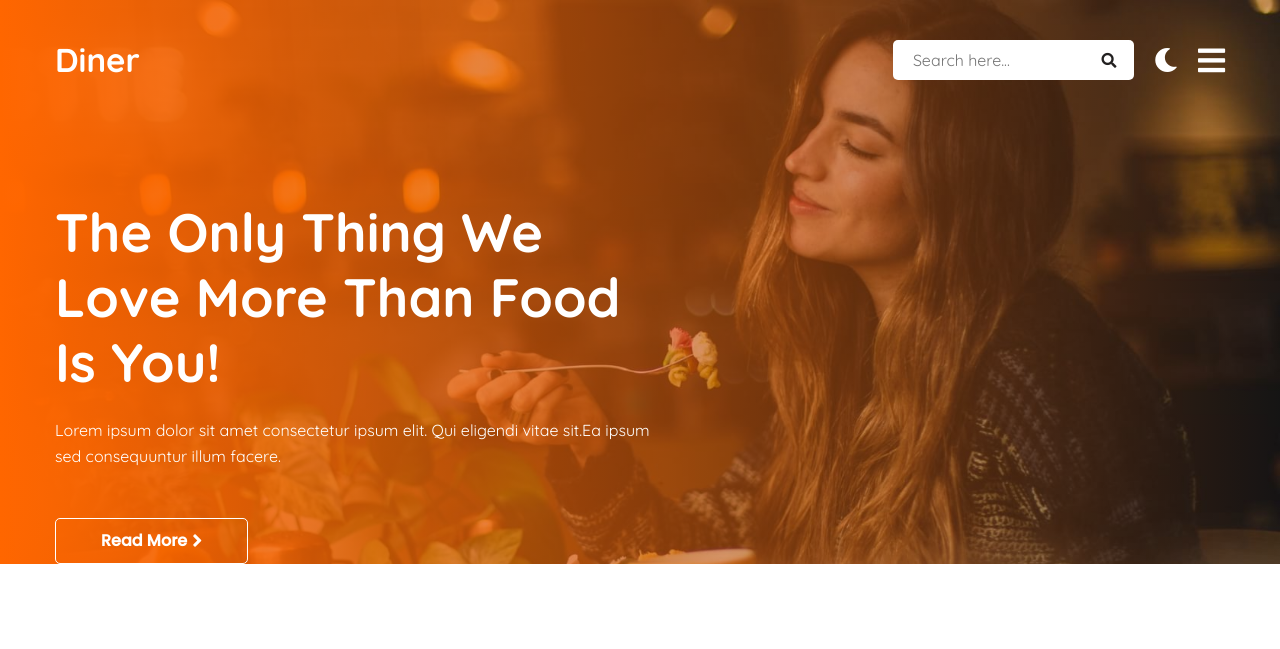
Repository: baobaodeveloper/bootscap21_project_AnhBao_VietToan_VietDuc
Page: index.html
An editor plug-in stored every save of this project. The page is shown before and after the next save, followed by the edit.
The browser window is 1280 px wide. The pictures show the whole page.

Above is the page before, as saved 2022-03-03 08:59:31.

### index.html
<!DOCTYPE html>
<html lang="en">
  <head>
    <meta charset="UTF-8" />
    <meta http-equiv="X-UA-Compatible" content="IE=edge" />
    <meta name="viewport" content="width=device-width, initial-scale=1.0" />

    <!-- fontawesome link cdn -->
    <link
      rel="stylesheet"
      href="https://cdnjs.cloudflare.com/ajax/libs/font-awesome/5.15.4/css/all.min.css"
      integrity="sha512-1ycn6IcaQQ40/MKBW2W4Rhis/DbILU74C1vSrLJxCq57o941Ym01SwNsOMqvEBFlcgUa6xLiPY/NS5R+E6ztJQ=="
      crossorigin="anonymous"
      referrerpolicy="no-referrer"
    />

    <!-- font -->
    <link rel="preconnect" href="https://fonts.googleapis.com" />
    <link rel="preconnect" href="https://fonts.gstatic.com" crossorigin />
    <link
      href="https://fonts.googleapis.com/css2?family=Pacifico&family=Poppins:wght@300;400;500&family=Quicksand:wght@300;400;500;600;700&display=swap"
      rel="stylesheet"
    />

    <link rel="stylesheet" href="style.css" />
    <title>Diner</title>
  </head>
  <body>
    <header class="header">
      <div class="header__wrapper container">
        <div class="header__top">
          <a class="header__logo" href="#">Diner</a>

          <div class="header__navbar">
            <form class="navbar__search">
              <input type="search" placeholder="Search here..." id="search" />
              <label for="search" class="fas fa-search"></label>
            </form>

            <div class="mode__container">
              <i class="fas fa-sun" id="dark"></i>
              <i class="fas fa-moon" id="light"></i>
            </div>

            <div class="fa fa-bars" id="menu-button"></div>
          </div>

          <nav class="navbar__list">
            <i class="fas fa-times" id="close-button"></i>
            <a href="#">home</a>
            <a href="#">about</a>
            <a href="#">services</a>
            <a href="#">blogs</a>
            <a href="#">404</a>
            <a href="#">landing page</a>
            <a href="#">contact</a>
            <a href="#">shot codes</a>
            <a href="#">email</a>
          </nav>
        </div>

        <div class="header__content">
          <h2>the only thing we love more than food is you!</h2>
          <p>
            Lorem ipsum dolor sit amet consectetur ipsum elit. Qui eligendi
            vitae sit.Ea ipsum sed consequuntur illum facere.
          </p>
          <a href="#" class="btn"
            >read more <i class="fas fa-angle-right"></i
          ></a>
        </div>
      </div>
    </header>

    <script src="app.js"></script>
  </body>
</html>

### style.css
* {
  padding: 0;
  margin: 0;
  box-sizing: border-box;
}

:root {
  --primary-font: "Quicksand", sans-serif;
  --secondary-font: "Pacifico", cursive;
  --third-font: "Poppins", sans-serif;
  --primary-color: #ff6600;
  --title-color: #232121;
  --white-color: #fff;
  --text-color: #161c2db3;
  --price-color: #ffc600;
}

img {
  display: block;
  max-width: 100%;
}

button,
input {
  display: inline-block;
  border: none;

  font-family: var(--primary-font);
  font-size: 1.6rem;

  outline: none;
}

a {
  display: inline-block;
  text-decoration: none;
}

html {
  font-size: 62.5%;
}

.container {
  max-width: 1200px;
  margin: 0 auto;
  padding: 0 1.5rem;
}

body {
  color: var(--title-color);

  font-family: var(--primary-font);
  font-size: 1.8rem;
  line-height: 1.2;
}

.btn {
  display: inline-flex;
  align-items: center;
  padding: 1.2rem 4.5rem;
  border-radius: 0.5rem;
  border: 1.5px solid var(--white-color);

  color: var(--white-color);
  background-color: transparent;

  font-family: var(--third-font);
  font-size: 1.6rem;
  text-transform: capitalize;
  font-weight: bold;

  transition: 0.4s linear;
}

.btn i {
  display: inline-block;
  margin-left: 0.5rem;

  font-size: 2rem;
}

.btn:hover {
  background-color: var(--white-color);
  color: var(--primary-color);
}

/* header section starts */
#dark {
  display: none;
}

.header {
  background-image: linear-gradient(to right, #ff6600, hsl(30deg 100% 1% / 20%)),
    url(./image/banner1.jpg);

  background-size: cover;
  background-repeat: no-repeat;
  background-attachment: fixed;

  min-height: 70vh;
}

.header__top {
  display: flex;
  justify-content: space-between;
  padding-top: 4rem;
  padding-bottom: 2rem;
}

.header__logo {
  color: var(--white-color);

  font-size: 3.3rem;
  font-weight: bold;
}

.navbar__search {
  position: relative;
}

.navbar__search input {
  padding: 1rem 5rem 1rem 2rem;

  border-radius: 0.5rem;

  color: var(--text-color);
}

.navbar__search label {
  position: absolute;
  top: 50%;
  right: 2.5rem;

  transform: translate(50%, -50%);

  font-size: 1.5rem;

  cursor: pointer;
}

.header__navbar {
  display: flex;
  justify-content: space-between;
  align-items: center;
  gap: 2rem;
}

.mode__container,
#menu-button {
  color: var(--white-color);

  cursor: pointer;
}

.mode__container {
  font-size: 2.4rem;
}

#menu-button {
  font-size: 3.1rem;
}

.header__content {
  max-width: 60rem;
  margin-top: 10rem;

  color: var(--white-color);
}

.header__content h2 {
  font-size: 5.4rem;

  text-transform: capitalize;
}

.header__content p {
  margin: 2.4rem 0 4.8rem;

  font-size: 1.6rem;
  line-height: 1.6;
}

.navbar__list {
  position: fixed;
  top: 0;
  left: 0;
  width: 100vw;
  height: 100vh;
  z-index: 20;

  display: flex;
  flex-direction: column;
  align-items: center;
  justify-content: center;

  visibility: hidden;
  opacity: 0;
  transform: scale(0.9);

  background-color: rgb(6 3 0 / 77%);

  transition: transform 0.3s, opacity 0.9s, visibility 0s 0.4s;
}

.navbar__list.active {
  visibility: visible;
  opacity: 1;
  transform: scale(1);

  transition: transform 0.4s, opacity 0.4s;
}

.navbar__list a {
  margin: 1.5rem 0;

  color: var(--white-color);

  text-transform: capitalize;
  font-family: var(--third-font);
  font-size: 2rem;
  font-weight: 600;

  transition: 0.2s linear;
}

.navbar__list a:hover {
  color: var(--primary-color);
}

#close-button {
  position: absolute;
  top: 3rem;
  right: 3rem;
  z-index: 25;

  width: 3.5rem;
  height: 3.5rem;
  border-radius: 0.5rem;

  color: var(--white-color);
  background-color: var(--primary-color);

  line-height: 3.5rem;
  text-align: center;
  font-size: 1.6rem;

  cursor: pointer;
}

/* header section ends */

/* media query */

@media screen and (max-width: 767px) {
  html {
    font-size: 55%;
  }

  .header {
    background-position: center;

    min-height: 50vh;
  }
}

### app.js
const menuBtn = document.getElementById("menu-button");
const navList = document.querySelector(".navbar__list");
const closBtn = document.getElementById("close-button");
menuBtn.addEventListener("click", () => {
  navList.classList.add("active");
});

closBtn.addEventListener("click", () => {
  navList.classList.remove("active");
});

After the next save:
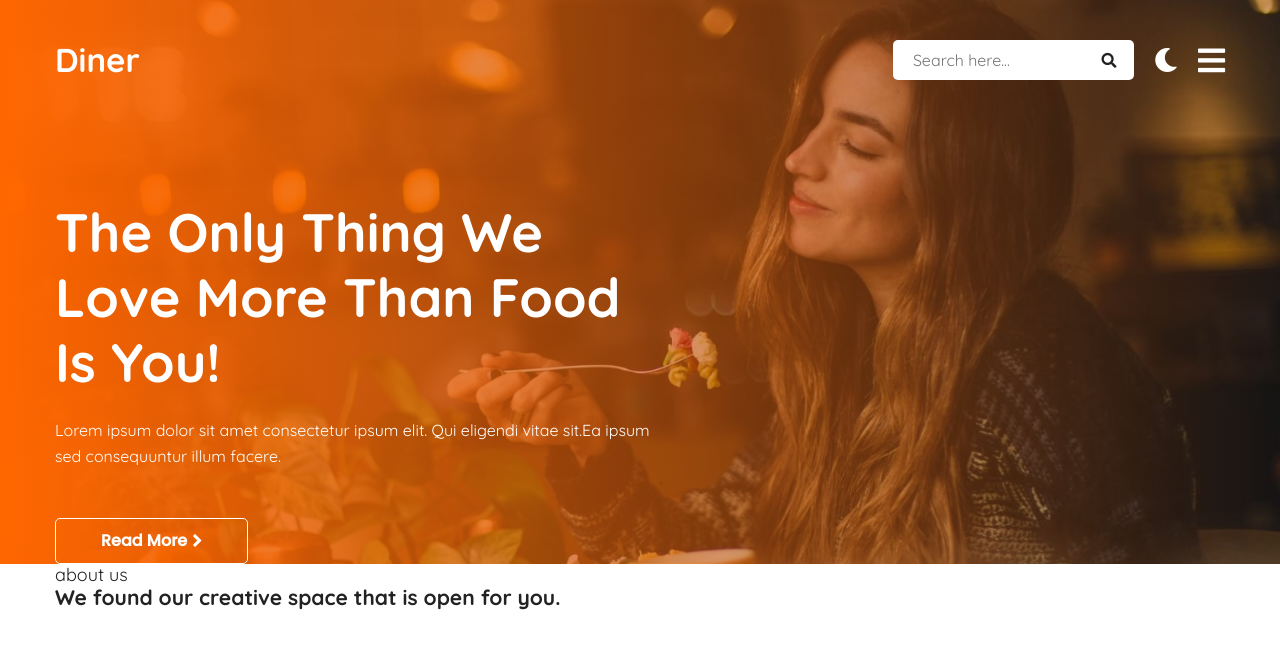
Saved 3 min 38 s later.
--- a/index.html
+++ b/index.html
@@ -72,6 +72,13 @@
       </div>
     </header>
 
+    <section class="about container">
+      <div class="heading">
+        <span>about us</span>
+        <h3>We found our creative space that is open for you.</h3>
+      </div>
+    </section>
+
     <script src="app.js"></script>
   </body>
 </html>
